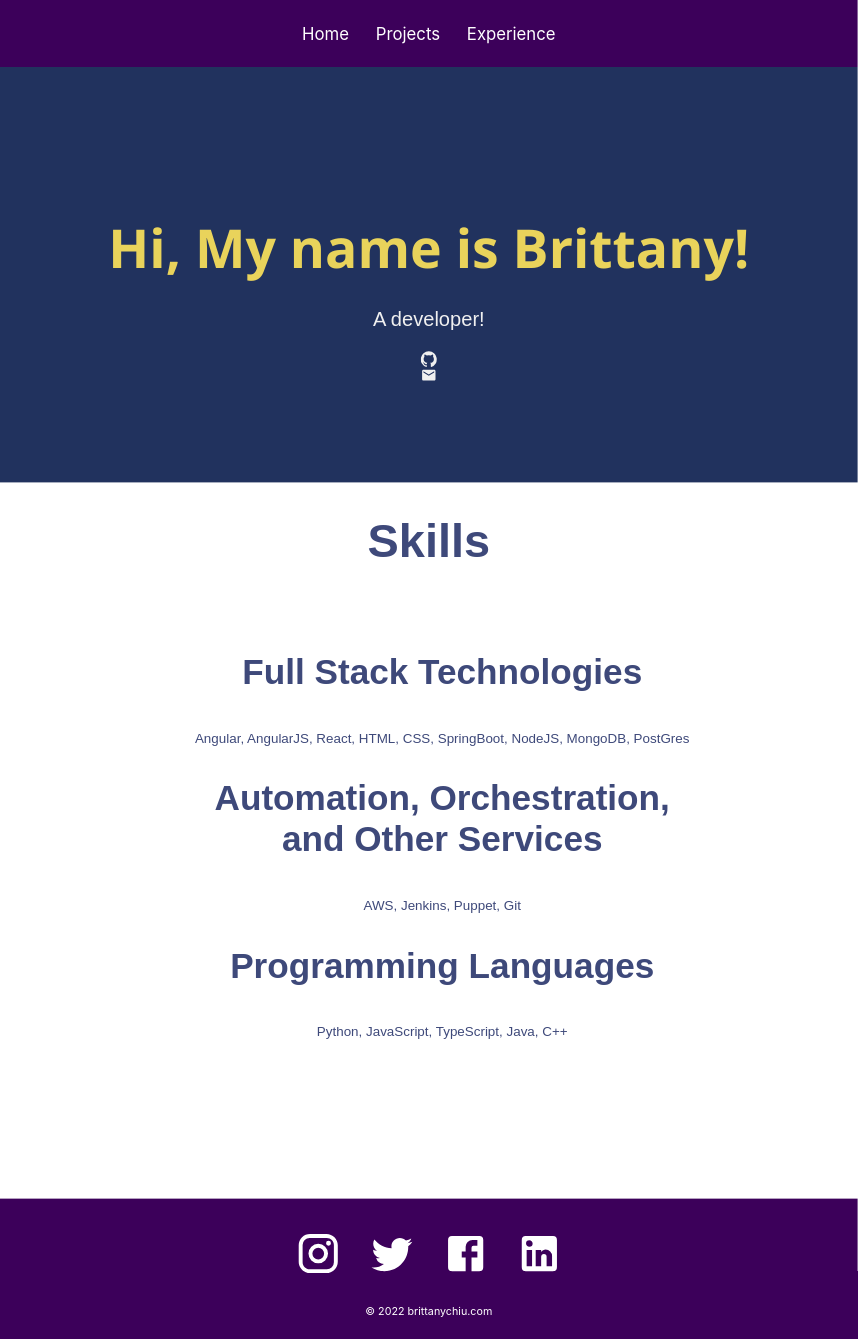
Repository: chiubacca94/chiufolio
Page: /
An editor plug-in stored every save of this project. The page is shown before and after the next save, followed by the edit.
The browser window is 1280 px wide. The pictures show the whole page, at 67% of full size.
The project was rebuilt for these pictures with package versions that can differ from the ones it lists, and the page was loaded fresh each time. Also part of the build but not shown: src/components/Projects/Projects.js, src/components/Experiences/Experiences.js.

Above is the page before, as saved 2022-07-03 23:15:11.

After the next save:
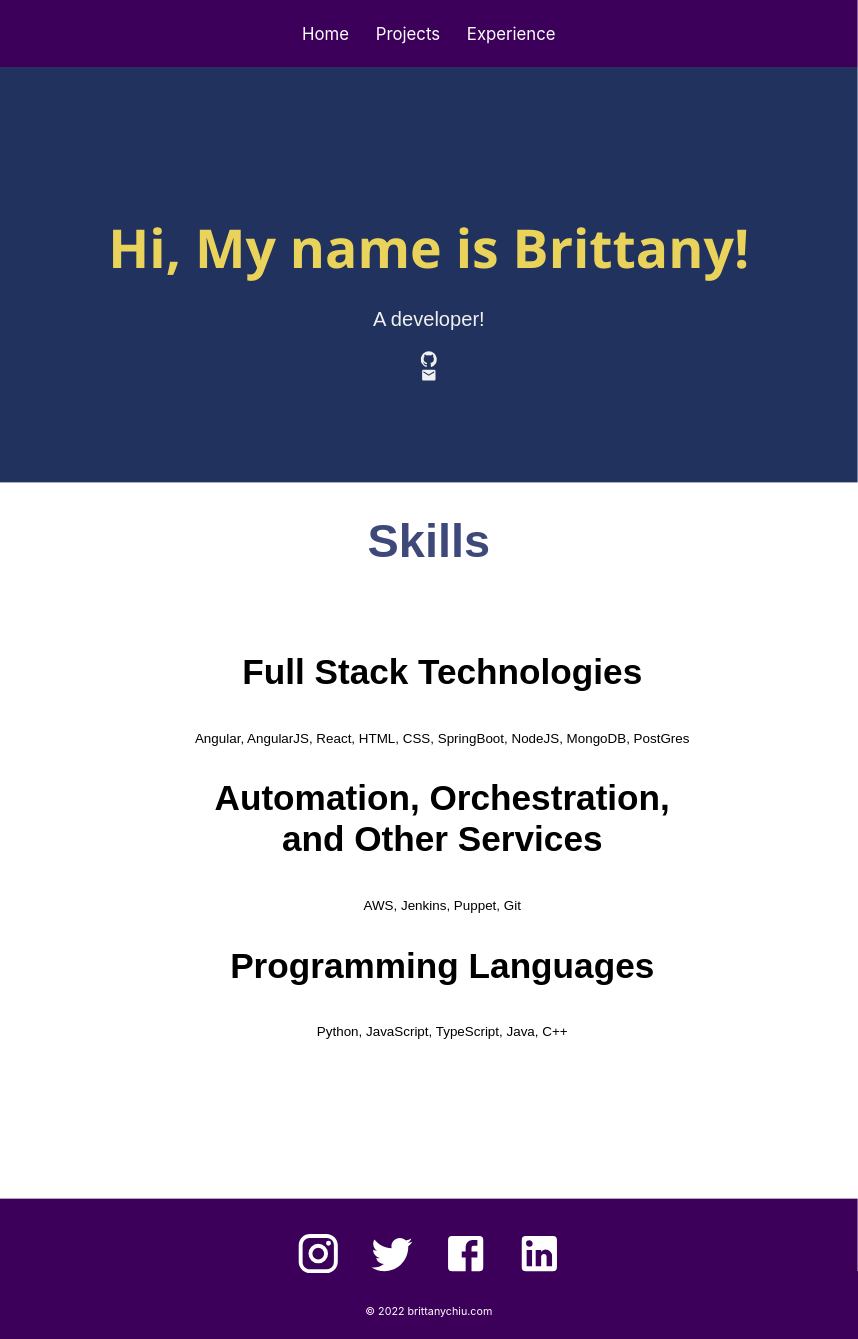
Saved 37 s later.
--- a/src/components/Home/Home.css
+++ b/src/components/Home/Home.css
@@ -2,7 +2,7 @@
     width: 100%;
     align-items: center;
     font-family: "Arial", sans-serif;
-    color: #3e497a;
+    /* color: #3e497a; */
   }
 
   .about {
